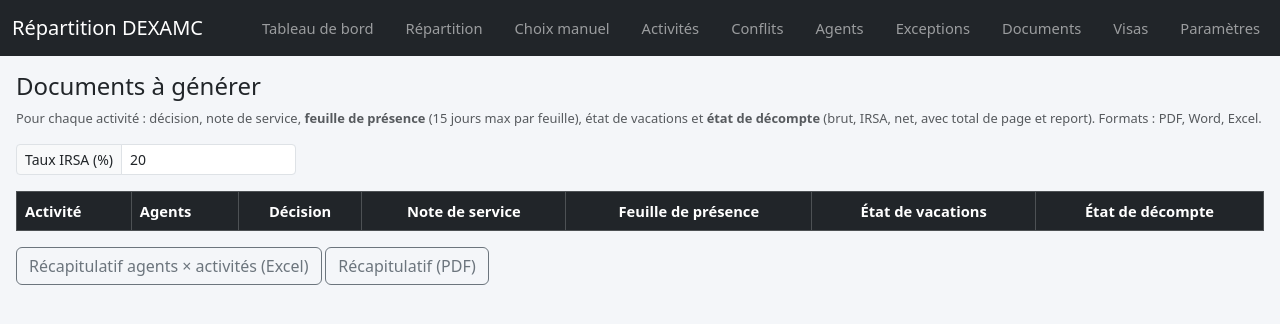
Repository: Mikandry/vacation
Page: http://localhost/documents
These files come from the project's save history. The page is drawn as it stood at one moment and after the next save; the edit follows.
The browser window is 1280 px wide. The pictures show the whole page.
The page is served by the project's Laravel application, run on PHP 8.4 with Laravel 12. Other server files are loaded and not shown. Queries for data that is not in the repository find no rows.

Above is the page before, as saved 2026-10-20 13:16:42.

### routes/web.php
<?php
use App\Http\Controllers\{ActivityController, AgentController, ConflictController, DashboardController, DistributionController, DocumentController, ExceptionController, ManualController, SettingController, VisaController};
use Illuminate\Support\Facades\Route;

// Pour protéger l'application : installer Laravel Breeze puis remplacer [] par ['auth'].
Route::middleware([])->group(function () {
    Route::get('/', [DashboardController::class, 'index'])->name('dashboard');

    Route::get('/repartition', [DistributionController::class, 'index'])->name('distribution.index');
    Route::post('/repartition/run', [DistributionController::class, 'run'])->name('distribution.run');
    Route::post('/repartition/redraw', [DistributionController::class, 'redraw'])->name('distribution.redraw');
    Route::post('/repartition/archive', [DistributionController::class, 'archive'])->name('distribution.archive');
    Route::get('/repartition/recap.{format}', [DistributionController::class, 'recap'])->name('distribution.recap');

    Route::resource('activities', ActivityController::class)->except('show');

    Route::get('/agents/import', [AgentController::class, 'importForm'])->name('agents.import.form');
    Route::post('/agents/import', [AgentController::class, 'import'])->name('agents.import');
    Route::get('/agents/export', [AgentController::class, 'export'])->name('agents.export');
    Route::resource('agents', AgentController::class)->except('show');

    Route::get('/exceptions', [ExceptionController::class, 'index'])->name('exceptions.index');
    Route::post('/exceptions', [ExceptionController::class, 'set'])->name('exceptions.set');

    Route::get('/parametres', [SettingController::class, 'index'])->name('settings.index');
    Route::post('/parametres', [SettingController::class, 'update'])->name('settings.update');
    Route::get('/visas', [VisaController::class, 'index'])->name('visas.index');
    Route::post('/visas', [VisaController::class, 'update'])->name('visas.update');

    Route::get('/documents', [DocumentController::class, 'index'])->name('documents.index');
    Route::get('/documents/{activity}/{type}/{format}', [DocumentController::class, 'export'])->name('documents.export');
    Route::get('/choix', [ManualController::class, 'matrix'])->name('choix.matrix');
Route::post('/choix/toggle', [ManualController::class, 'toggle'])->name('choix.toggle');
Route::post('/choix/appliquer', [ManualController::class, 'apply'])->name('choix.apply');
Route::get('/choix/{activity}', [ManualController::class, 'show'])->name('choix.show');
Route::post('/choix/{activity}', [ManualController::class, 'save'])->name('choix.save');
Route::post('/choix/{activity}/externe', [ManualController::class, 'addExternal'])->name('choix.external');
Route::post('/choix/{activity}/auto', [ManualController::class, 'auto'])->name('choix.auto');

        Route::get('/conflits', [ConflictController::class, 'index'])->name('conflicts.index');
    Route::post('/conflits/resoudre', [ConflictController::class, 'resolve'])->name('conflicts.resolve');
    Route::post('/conflits/ignorer', [ConflictController::class, 'waive'])->name('conflicts.waive');
    Route::delete('/conflits/ignorer/{waiver}', [ConflictController::class, 'unwaive'])->name('conflicts.unwaive');
    //apercu de la page
        Route::get('/documents/{activity}/{type}/apercu', [DocumentController::class, 'preview'])->name('documents.preview');
    });

### app/Http/Controllers/DocumentController.php
<?php
namespace App\Http\Controllers;

use App\Models\Activity;
use App\Models\Setting;
use App\Services\DocumentExporter;
use App\Services\DocumentService;
use Barryvdh\DomPDF\Facade\Pdf;
use Illuminate\Http\Request;

class DocumentController extends Controller
{
    public function index()
    {
        $acts = Activity::withCount('assignments')->orderBy('position')->orderBy('id')->get();
        return view('docs.index', ['acts' => $acts, 'irsa' => Setting::all_()['irsa_rate']]);
    }

    /** Page d'aperçu : le PDF s'affiche dans la page, avec les options et les boutons de téléchargement. */
    public function preview(Request $r, Activity $activity, string $type)
    {
        abort_unless(isset(DocumentExporter::TITLES[$type]), 404);
        $s = Setting::all_();
        return view('docs.preview', [
            'a' => $activity,
            'type' => $type,
            'title' => DocumentExporter::TITLES[$type],
            'irsa' => $r->query('irsa', $s['irsa_rate']),
            'showDates' => $s['presence_show_dates'] === 'OUI',
        ]);
    }

    /**
     * /documents/{activity}/{type}/{format}
     * type : decision|note|presence|etat|decompte    format : pdf|docx|xlsx
     * Options : ?irsa=15   ?dates=0   ?inline=1 (affiche le PDF au lieu de le télécharger)
     */
    public function export(Request $r, Activity $activity, string $type, string $format, DocumentService $docs, DocumentExporter $ex)
    {
        abort_unless(isset(DocumentExporter::TITLES[$type]) && in_array($format, ['pdf', 'docx', 'xlsx']), 404);
        abort_if($type === 'note' && $format === 'xlsx', 404);

        $opt = [];
        if ($r->filled('irsa')) $opt['irsa'] = $r->query('irsa');
        if ($r->has('dates')) $opt['dates'] = $r->boolean('dates');

        $d = $docs->data($activity, $opt);
        if ($format === 'docx') return $ex->word($type, $d);
        if ($format === 'xlsx') return $ex->excel($type, $d);

        $d['docs'] = $docs;
        $pdf = Pdf::loadView("docs.$type", $d)
            ->setPaper('a4', $type === 'presence' ? 'landscape' : 'portrait');
        $name = "{$type}-{$d['file']}.pdf";
        return $r->boolean('inline') ? $pdf->stream($name) : $pdf->download($name);
    }
}

### app/Http/Controllers/Controller.php
<?php
namespace App\Http\Controllers;

abstract class Controller {}

### app/Models/Activity.php
<?php
namespace App\Models;
use Illuminate\Database\Eloquent\Model;

class Activity extends Model
{
    protected $fillable = ['code', 'name', 'title', 'days', 'rate', 'quota', 'decree_total', 'start_date', 'position', 'active', 'manual', 'note_number'];
protected $casts = ['start_date' => 'date', 'active' => 'boolean', 'manual' => 'boolean'];

    public function getAmountAttribute(): int { return (int)$this->days * (int)$this->rate; }
    public function assignments() { return $this->hasMany(Assignment::class); }
    public function exceptions() { return $this->hasMany(AgentException::class); }
    public function agents() { return $this->belongsToMany(Agent::class, 'assignments')->withPivot('forced'); }
        /** Dernier jour de l'activité (début + jours - 1), ou null si pas de date de début. */
    public function getEndDateAttribute()
    {
        return $this->start_date ? $this->start_date->copy()->addDays(max(0, (int) $this->days - 1)) : null;
    }

    /** Période commune avec une autre activité : [du, au] ou null. */
    public function overlap(Activity $o): ?array
    {
        if (!$this->start_date || !$o->start_date) return null;
        $from = $this->start_date->copy()->max($o->start_date);
        $to = $this->end_date->copy()->min($o->end_date);
        return $from->lte($to) ? [$from, $to] : null;
    }
}

### app/Models/Assignment.php
<?php
namespace App\Models;
use Illuminate\Database\Eloquent\Model;

class Assignment extends Model
{
    public $timestamps = false;
    protected $fillable = ['agent_id', 'activity_id', 'forced'];
    protected $casts = ['forced' => 'boolean'];
    public function agent() { return $this->belongsTo(Agent::class); }
    public function activity() { return $this->belongsTo(Activity::class); }
}

### app/Models/Setting.php
<?php
namespace App\Models;
use Illuminate\Database\Eloquent\Model;

class Setting extends Model
{
    protected $primaryKey = 'key';
    public $incrementing = false;
    protected $keyType = 'string';
    public $timestamps = false;
    protected $fillable = ['key', 'value'];

    public const DEFAULTS = [
        'direction' => 'DEXAMC',
        'session' => '2026',
        'ministry' => "MINISTERE DE L’EDUCATION NATIONALE",
        'decision_number' => '          -2026/MEN',
        'place' => 'Antananarivo',
        'decision_date' => '',
        'authority' => "LE MINISTRE DE L’EDUCATION NATIONALE,",
        'signatory' => "Le Ministre de l’Education Nationale",
        'ref_arrete' => "l’Arrêté Interministériel N°16166/2025 du 19 juin 2025",
        'budget_mission' => '812',
        'budget_indicator' => '314',
        'budget_section' => '00.81.0. E43.00000',
        'budget_account' => '6031',
        'budget_ordsec' => '00.812.2.00000',
        'auto' => 'OUI',
        'use_history' => 'OUI',
        'avoid_overlap' => 'OUI',
        'tolerance' => '20',
        'threshold_ok' => '90',
        'threshold_acc' => '70',
        'band_step' => '250000',

        'show_flag' => 'OUI',
        'republic' => "REPOBLIKAN'I MADAGASIKARA",
        'motto' => 'Fitiavana - Tanindrazana - Fandrosoana',

        'note_font' => 'Book Antiqua',
        'note_show_logo' => 'OUI',
        'note_header_left' => "MINISTERE DE L’EDUCATION NATIONALE\n------\nSECRETARIAT GENERAL\n-----\nDIRECTION GENERALE EN CHARGE\nDES ETABLISSEMENTS SCOLAIRES\n---------\nDIRECTION DES EXAMENS\nET DE LA CERTIFICATION\n------",
        'note_title' => 'NOTE DE SERVICE',
        'note_number' => 'N°2026/549MEN/SG/DGES/DEXAMC',
        'note_subject' => 'portant nomination des agents participant aux travaux de {titre}',
        'note_intro' => 'Sont nommés les agents fonctionnaires ci-après désignés, chargés des travaux de {titre}, {periode} :',
        'note_closing' => 'ARRÊTÉE LA PRÉSENTE NOTE AU NOMBRE DE {agents_lettres} AGENTS ({agents}).',
        'note_place_date' => 'Fait à {lieu}, le {date}',
        'note_signature' => "LE DIRECTEUR DES EXAMENS\nET DE LA CERTIFICATION",

        'presence_header_left' => "MINISTERE DE L’EDUCATION NATIONALE\n----------------------\nSECRETARIAT GENERAL\n----------------\nDIRECTION GENERALE EN CHARGE DES ETABLISSEMENTS SCOLAIRES\n----------------\nDIRECTION DES EXAMENS ET\nDE LA CERTIFICATION\n--------------",
        'presence_title' => 'FICHE DE PRESENCE DES AGENTS FONCTIONNAIRES PARTICIPANT AUX TRAVAUX DE {TITRE}',
        'presence_line1' => 'SESSION {session}',
        'presence_line2' => '',
        'presence_show_dates' => 'OUI',
        'presence_max_cols' => '15',
        'presence_row_height' => '36',
        'presence_id_width' => '42',

        'etat_title' => 'ÉTAT DE VACATIONS',
        'etat_line1' => 'Activité : {activite} — Session {session}',
        'etat_line2' => '{jours} jour(s) × {taux} Ar/jour — {ref_arrete}',
        'etat_footer' => 'Arrêté le présent état à la somme de {total_lettres} ARIARY.',

        'irsa_rate' => '20',
        'decompte_title' => 'ÉTAT DE DÉCOMPTE DES VACATIONS',
        'decompte_line1' => 'Activité : {activite} — Session {session}',
        'decompte_line2' => '{jours} jour(s) × {taux} Ar/jour — IRSA {irsa} %',
        'decompte_rows' => '25',
        'decompte_footer' => 'Arrêté le présent état de décompte à la somme nette de {net_lettres} ARIARY.',

        'services' => "SDC/DEXAMC|Service des Diplômes et de la Certification\nBAG/DEXAMC|Bureau des Affaires Générales\nSEE/DEXAMC|Service de l’Evaluation des Epreuves\nSOE/DEXAMC|Service de l’Organisation des Examens",
    ];

    public static function all_(): array
    {
        return array_merge(self::DEFAULTS, static::query()->pluck('value', 'key')->map(fn($v) => (string) $v)->all());
    }

    public static function put(array $values): void
    {
        foreach ($values as $k => $v) {
            if (array_key_exists($k, self::DEFAULTS)) {
                static::updateOrCreate(['key' => $k], ['value' => (string) $v]);
            }
        }
    }
}

### resources/views/docs/index.blade.php
@extends('layouts.app')
@section('title','Documents')
@section('content')
<h4>Documents à générer</h4>
<p class="text-muted small">Pour chaque activité : décision, note de service, <b>feuille de présence</b> (15 jours max par feuille), état de vacations et <b>état de décompte</b> (brut, IRSA, net, avec total de page et report). Formats : PDF, Word, Excel.</p>

<div class="input-group input-group-sm mb-3" style="max-width:280px">
 <span class="input-group-text">Taux IRSA (%)</span>
 <input id="irsa" type="number" step="0.1" min="0" max="100" class="form-control" value="{{ $irsa }}">
</div>

<table class="table table-bordered bg-white align-middle">
<thead class="table-dark"><tr><th>Activité</th><th>Agents</th>
 @foreach(\App\Services\DocumentExporter::TITLES as $t)<th class="text-center">{{ $t }}</th>@endforeach</tr></thead>
@foreach($acts as $a)
<tr class="{{ $a->active?'':'text-muted' }}">
 <td><b>{{ $a->code }}</b><br><small>{{ $a->name }} — {{ $a->days }} j × {{ number_format($a->rate,0,',',' ') }} Ar</small>
  <br><a class="small" href="{{ route('choix.show',$a) }}">✎ choisir les agents</a></td>
 <td>{{ $a->assignments_count }}</td>
 @foreach(array_keys(\App\Services\DocumentExporter::TITLES) as $t)
 <td class="text-center text-nowrap">
  @if($a->assignments_count)
   @php $u=fn($f)=>route('documents.export',[$a,$t,$f]); @endphp
   <a class="btn btn-sm btn-outline-danger" @if($t==='decompte') data-dec="{{ $u('pdf') }}" @endif href="{{ $u('pdf') }}">PDF</a>
   <a class="btn btn-sm btn-outline-primary" @if($t==='decompte') data-dec="{{ $u('docx') }}" @endif href="{{ $u('docx') }}">Word</a>
   @if($t!=='note')<a class="btn btn-sm btn-outline-success" @if($t==='decompte') data-dec="{{ $u('xlsx') }}" @endif href="{{ $u('xlsx') }}">Excel</a>@endif
   @if($t==='presence')
    <div class="small text-muted mt-1">sans dates :
     <a href="{{ $u('pdf') }}?dates=0">PDF</a> · <a href="{{ $u('docx') }}?dates=0">Word</a> · <a href="{{ $u('xlsx') }}?dates=0">Excel</a></div>
   @endif
  @else <span class="text-muted small">aucun agent</span>@endif
 </td>
 @endforeach
</tr>
@endforeach
</table>
<a class="btn btn-outline-secondary" href="{{ route('distribution.recap','xlsx') }}">Récapitulatif agents × activités (Excel)</a>
<a class="btn btn-outline-secondary" href="{{ route('distribution.recap','pdf') }}">Récapitulatif (PDF)</a>
@endsection

@push('scripts')
<script>
const irsa=document.getElementById('irsa');
function upd(){
 document.querySelectorAll('a[data-dec]').forEach(a=>{ a.href=a.dataset.dec+'?irsa='+encodeURIComponent(irsa.value); });
}
irsa.addEventListener('input',upd); upd();
</script>
@endpush

### resources/views/layouts/app.blade.php
<!doctype html>
<html lang="fr">
<head>
<meta charset="utf-8"><meta name="viewport" content="width=device-width, initial-scale=1">
<meta name="csrf-token" content="{{ csrf_token() }}">
<title>@yield('title', 'Répartition des agents')</title>
<head><link rel="icon" type="image/svg+xml" href="{{ asset('favicon.svg') }}"> </head>
{{-- <link rel="icon" type="image/png" href="{{ asset('logo.png') }}">. --}}

<link href="https://cdn.jsdelivr.net/npm/bootstrap@5.3.3/dist/css/bootstrap.min.css" rel="stylesheet">
<style>
 body{background:#f4f6f9;font-size:.92rem} .kpi{background:#fff;border-radius:.6rem;padding:.8rem 1rem;box-shadow:0 1px 3px rgba(0,0,0,.08)}
 .kpi .v{font-size:1.5rem;font-weight:700;color:#1f3a5f} .kpi .l{font-size:.75rem;color:#666;text-transform:uppercase}
 .table-sm td,.table-sm th{vertical-align:middle} .dot{display:inline-block;width:.9rem;height:.9rem;border-radius:50%;background:#1976d2}
 .st-Équilibré{background:#c8e6c9}.st-Sur-chargé{background:#ffcdd2}.st-Sous-chargé{background:#ffe0b2}.st-Externe{background:#e1f5fe}.st-Indisponible{background:#eee;color:#777}
 .sticky th{position:sticky;top:0;background:#1f3a5f;color:#fff;z-index:2}
</style>
</head>
<body>
<nav class="navbar navbar-expand-lg navbar-dark bg-dark mb-3">
 <div class="container-fluid">
  <a class="navbar-brand" href="{{ route('dashboard') }}">Répartition {{ \App\Models\Setting::all_()['direction'] }}</a>
  <div class="navbar-nav flex-row flex-wrap gap-3">
   <a class="nav-link" href="{{ route('dashboard') }}">Tableau de bord</a>
   <a class="nav-link" href="{{ route('distribution.index') }}">Répartition</a>
   <a class="nav-link" href="{{ route('choix.matrix') }}">Choix manuel</a>
   <a class="nav-link" href="{{ route('activities.index') }}">Activités</a>
   <a class="nav-link" href="{{ route('conflicts.index') }}">Conflits</a>
   <a class="nav-link" href="{{ route('agents.index') }}">Agents</a>
   <a class="nav-link" href="{{ route('exceptions.index') }}">Exceptions</a>
   <a class="nav-link" href="{{ route('documents.index') }}">Documents</a>
   <a class="nav-link" href="{{ route('visas.index') }}">Visas</a>
   <a class="nav-link" href="{{ route('settings.index') }}">Paramètres</a>
  </div>
 </div>
</nav>
<div class="container-fluid px-3">
 @if(session('ok'))<div class="alert alert-success">{{ session('ok') }}</div>@endif
 @if($errors->any())<div class="alert alert-danger"><ul class="mb-0">@foreach($errors->all() as $e)<li>{{ $e }}</li>@endforeach</ul></div>@endif
 @yield('content')
</div>
@stack('scripts')
</body>
</html>

Loaded but not shown: app/Services/DocumentExporter.php (679 lines, source omitted)

After the next save:
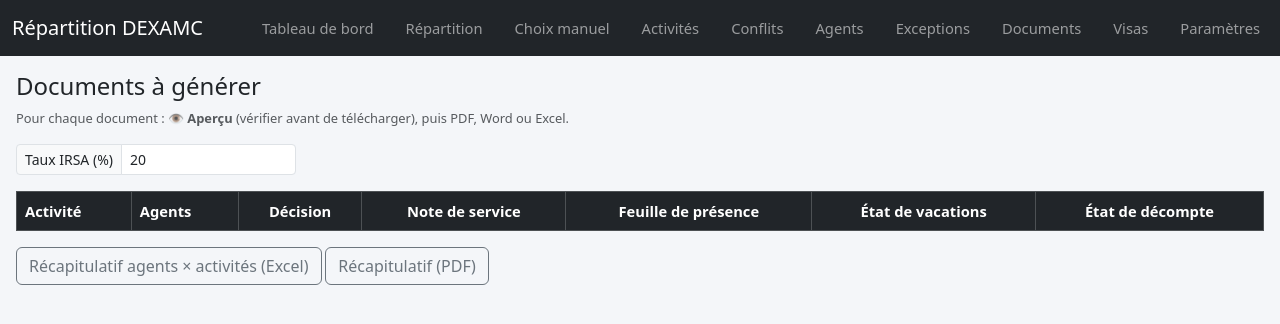
Saved 35 s later.
--- a/resources/views/docs/index.blade.php
+++ b/resources/views/docs/index.blade.php
@@ -2,7 +2,7 @@
 @section('title','Documents')
 @section('content')
 <h4>Documents à générer</h4>
-<p class="text-muted small">Pour chaque activité : décision, note de service, <b>feuille de présence</b> (15 jours max par feuille), état de vacations et <b>état de décompte</b> (brut, IRSA, net, avec total de page et report). Formats : PDF, Word, Excel.</p>
+<p class="text-muted small">Pour chaque document : <b>👁 Aperçu</b> (vérifier avant de télécharger), puis PDF, Word ou Excel.</p>
 
 <div class="input-group input-group-sm mb-3" style="max-width:280px">
  <span class="input-group-text">Taux IRSA (%)</span>
@@ -20,7 +20,8 @@
  @foreach(array_keys(\App\Services\DocumentExporter::TITLES) as $t)
  <td class="text-center text-nowrap">
   @if($a->assignments_count)
-   @php $u=fn($f)=>route('documents.export',[$a,$t,$f]); @endphp
+   @php $u=fn($f)=>route('documents.export',[$a,$t,$f]); $pv=route('documents.preview',[$a,$t]); @endphp
+   <a class="btn btn-sm btn-dark mb-1" @if($t==='decompte') data-dec="{{ $pv }}" @endif href="{{ $pv }}">👁 Aperçu</a><br>
    <a class="btn btn-sm btn-outline-danger" @if($t==='decompte') data-dec="{{ $u('pdf') }}" @endif href="{{ $u('pdf') }}">PDF</a>
    <a class="btn btn-sm btn-outline-primary" @if($t==='decompte') data-dec="{{ $u('docx') }}" @endif href="{{ $u('docx') }}">Word</a>
    @if($t!=='note')<a class="btn btn-sm btn-outline-success" @if($t==='decompte') data-dec="{{ $u('xlsx') }}" @endif href="{{ $u('xlsx') }}">Excel</a>@endif
